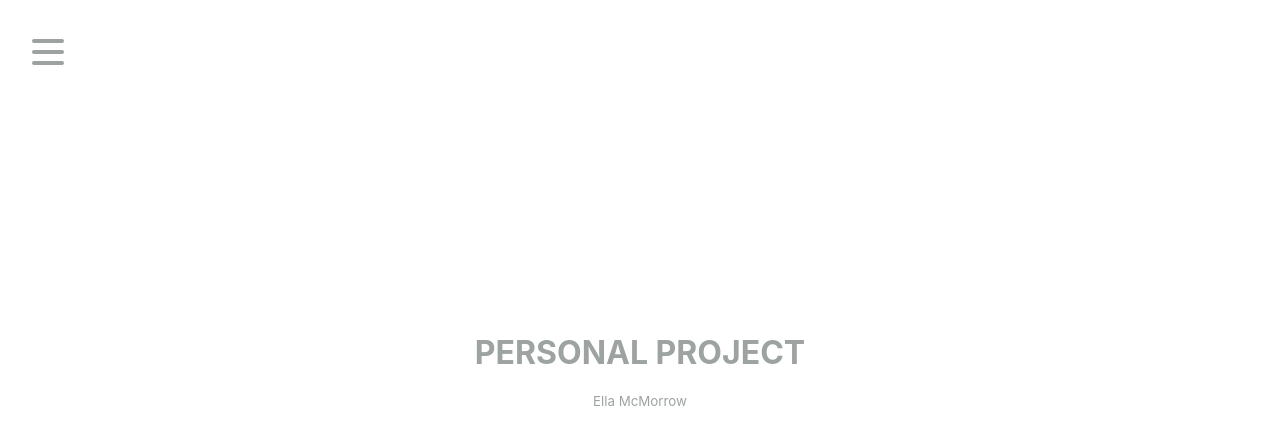
Repository: ellamcmorrow/react2020
Page: /
An editor plug-in stored every save of this project. The page is shown before and after the next save, followed by the edit.
The browser window is 1280 px wide. The pictures show the whole page.
The project was rebuilt for these pictures with package versions that can differ from the ones it lists, and the page was loaded fresh each time.

Above is the page before, as saved 2020-03-17 11:09:00.

### src/App.js
// App.js
import React, { useState, useRef } from "react";
import { ThemeProvider } from "styled-components";
import { GlobalStyles } from "./global";
import { theme } from "./theme";
import { Burger, Menu } from "./components";
import { useOnClickOutside } from "./hooks";

function App() {
  const [open, setOpen] = useState(false);

  const node = useRef();
  useOnClickOutside(node, () => setOpen(false));

  return (
    <ThemeProvider theme={theme}>
      <>
        <GlobalStyles />
        <div>
          <h1>Personal Project</h1>

          <small>Ella McMorrow</small>
        </div>
        <div ref={node}>
          <Burger open={open} setOpen={setOpen} />
          <Menu open={open} setOpen={setOpen} />
        </div>
      </>
    </ThemeProvider>
  );
}
export default App;

### src/global.js
import { createGlobalStyle } from "styled-components";

export const GlobalStyles = createGlobalStyle`
  html, body {
    margin: 0;
    padding: 0;
  }
  *, *::after, *::before {
    box-sizing: border-box;
  }
  body {
    display: flex;
    justify-content: center;
    align-items: center;
    background: white;
    color: ${({ theme }) => theme.primaryLight};
    height: 100vh;
    text-rendering: optimizeLegibility;
    font-family: -apple-system, BlinkMacSystemFont, "Segoe UI", Roboto, Helvetica, Arial, sans-serif, "Apple Color Emoji", "Segoe UI Emoji", "Segoe UI Symbol";
  }
  h1 {
    font-size: 2rem;
    text-align: center;
    text-transform: uppercase;
  }
  img {
    border-radius: 5px;
    height: auto;
    width: 10rem;
  }
  div {
    text-align: center;
  }
  small {
    display: block;
  }
  a {
    color: ${({ theme }) => theme.primaryHover};
    text-decoration: none;
  }`;

### src/theme.js
// theme.js
export const theme = {
  primaryDark: "#BDD3D7",
  primaryLight: "#9DA3A1",
  primaryHover: "#A7A69C",
  mobile: "576px"
};

### src/components/index.js
export { default as Burger } from "./burger/Burger";
export { default as Menu } from "./menu/Menu";

### src/hooks.js
// hooks.js
import { useEffect } from "react";

export const useOnClickOutside = (ref, handler) => {
  useEffect(() => {
    const listener = event => {
      if (!ref.current || ref.current.contains(event.target)) {
        return;
      }
      handler(event);
    };
    document.addEventListener("mousedown", listener);
    return () => {
      document.removeEventListener("mousedown", listener);
    };
  }, [ref, handler]);
};

### src/components/burger/Burger.js
// Burger.js
import React from "react";
import { bool, func } from "prop-types";
import { StyledBurger } from "./Burger.styled";

const Burger = ({ open, setOpen }) => {
  return (
    <StyledBurger open={open} onClick={() => setOpen(!open)}>
      <div />
      <div />
      <div />
    </StyledBurger>
  );
};
Burger.propTypes = {
  open: bool.isRequired,
  setOpen: func.isRequired
};

export default Burger;

### src/components/menu/Menu.js
// Menu.js
import React from "react";
import { bool } from "prop-types";
import { StyledMenu } from "./Menu.styled";

const Menu = ({ open, ...props }) => {
  return (
    <StyledMenu open={open}>
      <a href="/">About us</a>
      <a href="/">Pricing</a>
      <a href="/">Contact</a>
    </StyledMenu>
  );
};

Menu.propTypes = {
  open: bool.isRequired
};
export default Menu;

### src/components/burger/Burger.styled.js
// Burger.styled.js
import styled from "styled-components";

export const StyledBurger = styled.button`
  position: absolute;
  top: 5%;
  left: 2rem;
  display: flex;
  flex-direction: column;
  justify-content: space-around;

  width: 2rem;
  height: 2rem;
  background: transparent;
  border: none;
  cursor: pointer;
  padding: 0;
  z-index: 10;

  &:focus {
    outline: none;
  }

  div {
    width: 2rem;
    height: 0.25rem;
    background: ${({ theme }) => theme.primaryLight};
    border-radius: 10px;
    transition: all 0.3s linear;
    position: relative;
    transform-origin: 1px;

    :first-child {
      transform: ${({ open }) => (open ? "rotate(45deg)" : "rotate(0)")};
    }

    :nth-child(2) {
      opacity: ${({ open }) => (open ? "0" : "1")};
      transform: ${({ open }) => (open ? "translateX(20px)" : "translateX(0)")};
    }

    :nth-child(3) {
      transform: ${({ open }) => (open ? "rotate(-45deg)" : "rotate(0)")};
    }
  }
`;

### src/components/menu/Menu.styled.js
// Menu.styled.js
import styled from "styled-components";

export const StyledMenu = styled.nav`
  display: flex;
  width: 100%;
  justify-content: left;
  background: #a89191;
  height: 100vh;
  text-align: center;
  padding: 2rem;
  padding-top: 200px;
  position: absolute;
  top: 0;
  left: 0;
  transition: transform 0.3s ease-in-out;
  transform: ${({ open }) => (open ? "translateX(0%)" : "translateX(-100%)")};

  @media (max-width: ${({ theme }) => theme.mobile}) {
    width: 100%;
  }

  a {
    font-size: 1rem;
    text-transform: uppercase;
    padding: 1rem 0;
    font-weight: light;
    letter-spacing: 0.5rem;
    color: ${({ theme }) => theme.primaryDark};
    text-decoration: none;
    transition: color 0.3s linear;

    @media (max-width: ${({ theme }) => theme.mobile}) {
      font-size: 1.5rem;
      text-align: center;
    }

    &:hover {
      color: ${({ theme }) => theme.primaryHover};
    }
  }
`;

Loaded but not shown: public/index.html (common file); src/index.js (common file); src/index.css (common file); src/serviceWorker.js (common file)

After the next save:
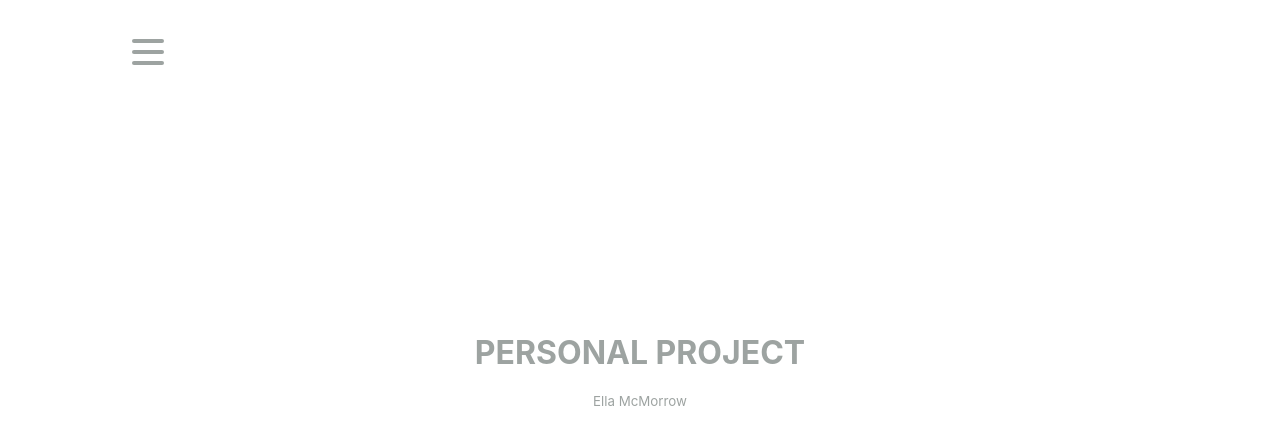
Saved 10 days later.
--- a/src/components/burger/Burger.styled.js
+++ b/src/components/burger/Burger.styled.js
@@ -8,13 +8,13 @@ export const StyledBurger = styled.button`
   display: flex;
   flex-direction: column;
   justify-content: space-around;
-
   width: 2rem;
   height: 2rem;
   background: transparent;
   border: none;
   cursor: pointer;
   padding: 0;
+  padding-left: 100px;
   z-index: 10;
 
   &:focus {
